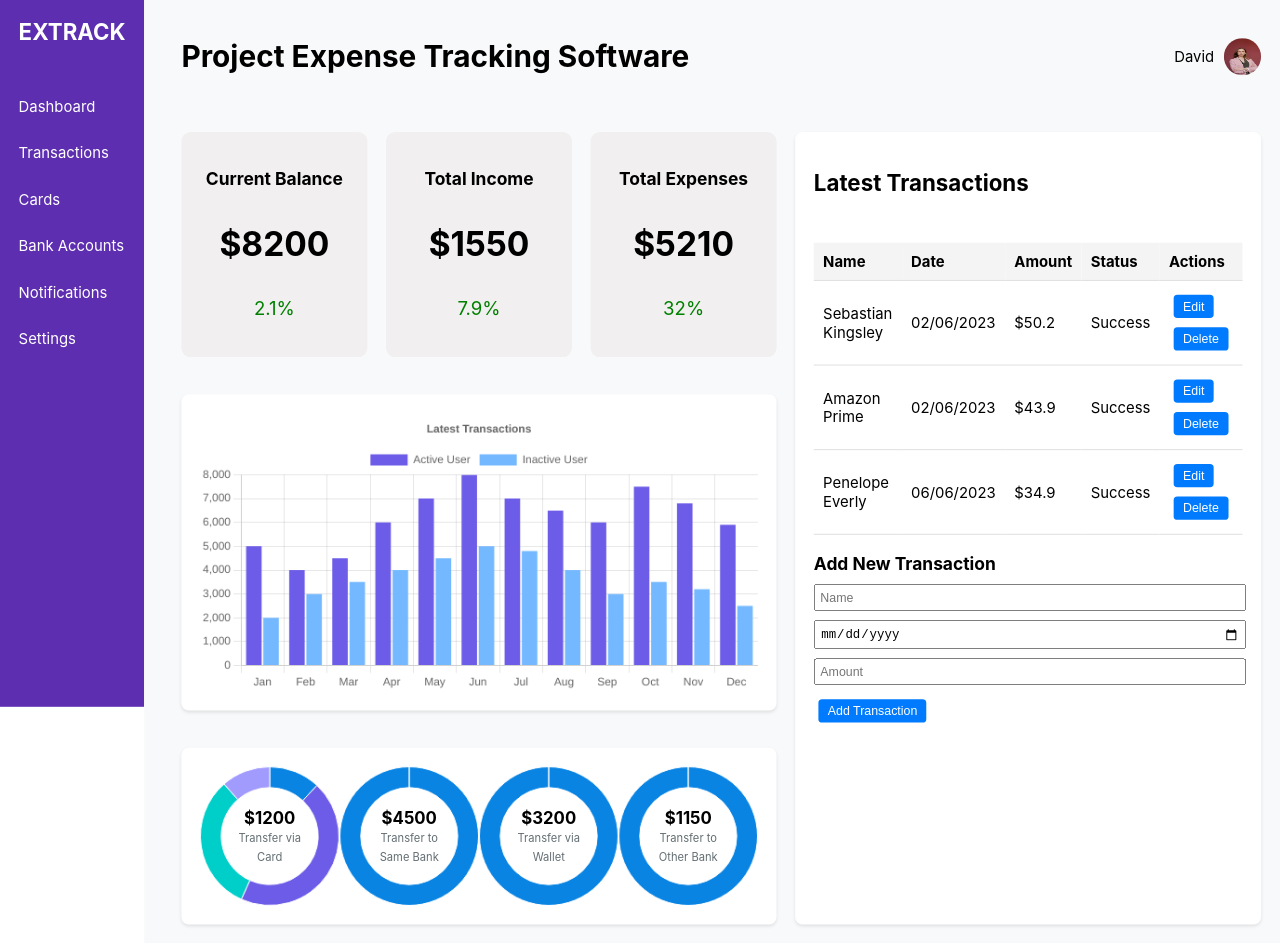
Repository: ChristhurasaRoshan/Expense-Tracker
Page: /login
These files come from the project's save history. The page is drawn as it stood at one moment and after the next save; the edit follows.
The browser window is 1280 px wide. The page is 1376 px wide, so the pictures cover 1376 px, including what lies to the right of the window. The pictures show the whole page, at 93% of full size.
The project was rebuilt for these pictures with package versions that can differ from the ones it lists, and the page was loaded fresh each time.

Above is the page before, as saved 2024-08-21 22:00:16.

After the next save:
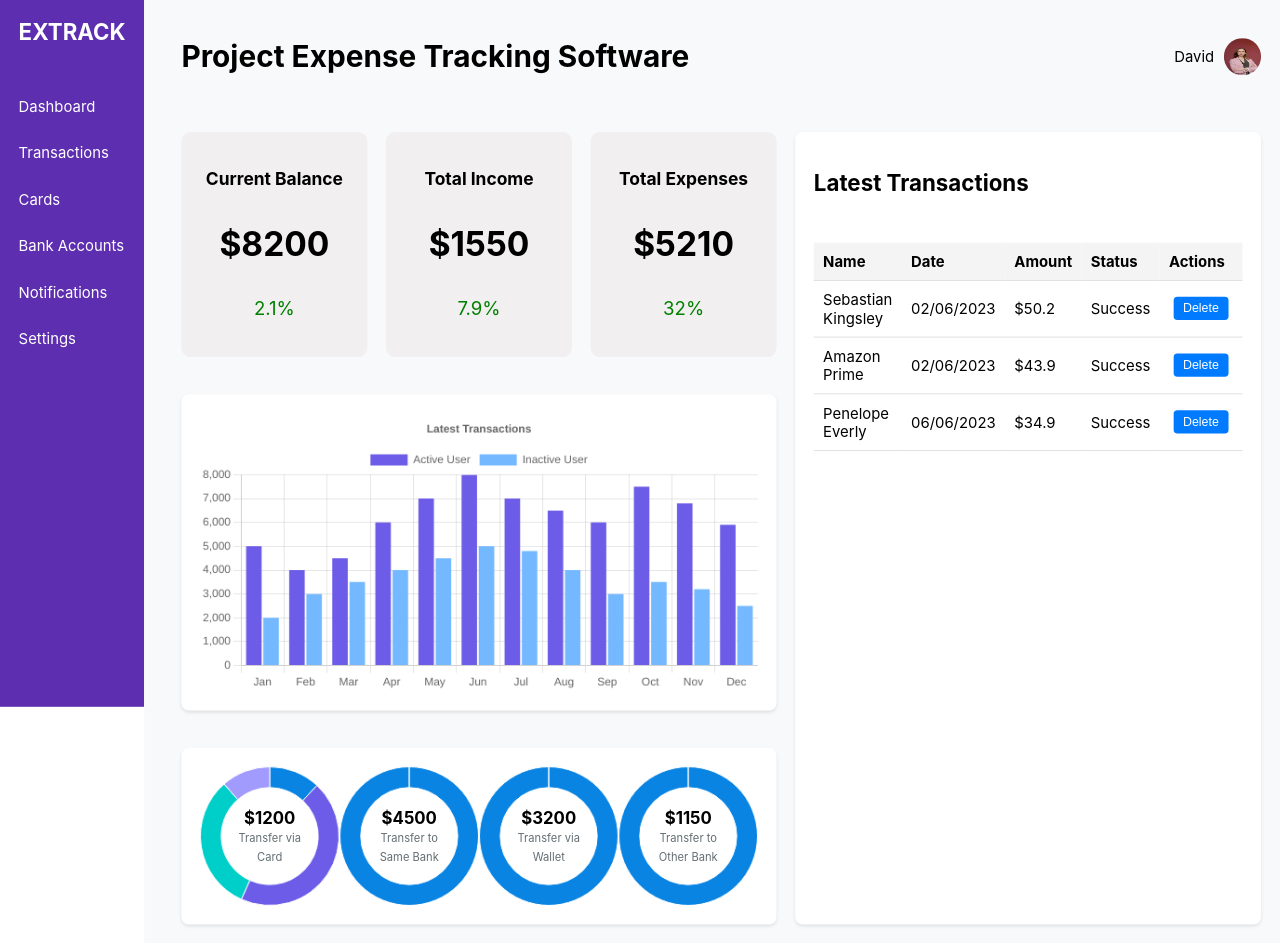
Saved 35 s later.
--- a/src/Components/TransactionList.jsx
+++ b/src/Components/TransactionList.jsx
@@ -1,31 +1,17 @@
-import React, { useState } from 'react';
-import { useSelector, useDispatch } from 'react-redux';
-import { addTransaction, deleteTransaction, updateTransaction } from '../slices/transactionSlice';
+import React from 'react';
+import { useDispatch, useSelector } from 'react-redux';
+import { deleteTransaction } from '../slices/transactionSlice';
 import '../Styles/TransactionList.css';
 
 const TransactionList = () => {
   const transactions = useSelector((state) => state.transactions);
   const dispatch = useDispatch();
 
-  const [newTransaction, setNewTransaction] = useState({ name: '', date: '', amount: '', status: 'Success' });
-  const [editTransaction, setEditTransaction] = useState(null);
-
-  const handleAddTransaction = () => {
-    if (newTransaction.name && newTransaction.date && newTransaction.amount) {
-      dispatch(addTransaction(newTransaction));
-      setNewTransaction({ name: '', date: '', amount: '', status: 'Success' });
+  const handleDelete = (id) => {
+    const confirmed = window.confirm("Are you sure you want to delete this transaction?");
+    if (confirmed) {
+      dispatch(deleteTransaction(id));
     }
-  };
-
-  const handleUpdateTransaction = (id) => {
-    if (editTransaction) {
-      dispatch(updateTransaction({ id, ...editTransaction }));
-      setEditTransaction(null);
-    }
-  };
-
-  const handleEditClick = (transaction) => {
-    setEditTransaction(transaction);
   };
 
   return (
@@ -37,81 +23,23 @@
             <th>Date</th>
             <th>Amount</th>
             <th>Status</th>
-            <th>Actions</th>
+            <th>Actions</th> {/* New column for actions */}
           </tr>
         </thead>
         <tbody>
           {transactions.map((transaction) => (
             <tr key={transaction.id}>
-              <td>
-                {editTransaction && editTransaction.id === transaction.id ? (
-                  <input
-                    type="text"
-                    value={editTransaction.name}
-                    onChange={(e) => setEditTransaction({ ...editTransaction, name: e.target.value })}
-                  />
-                ) : (
-                  transaction.name
-                )}
-              </td>
-              <td>
-                {editTransaction && editTransaction.id === transaction.id ? (
-                  <input
-                    type="date"
-                    value={editTransaction.date}
-                    onChange={(e) => setEditTransaction({ ...editTransaction, date: e.target.value })}
-                  />
-                ) : (
-                  transaction.date
-                )}
-              </td>
-              <td>
-                {editTransaction && editTransaction.id === transaction.id ? (
-                  <input
-                    type="text"
-                    value={editTransaction.amount}
-                    onChange={(e) => setEditTransaction({ ...editTransaction, amount: e.target.value })}
-                  />
-                ) : (
-                  transaction.amount
-                )}
-              </td>
+              <td>{transaction.name}</td>
+              <td>{transaction.date}</td>
+              <td>{transaction.amount}</td>
               <td>{transaction.status}</td>
               <td>
-                {editTransaction && editTransaction.id === transaction.id ? (
-                  <button onClick={() => handleUpdateTransaction(transaction.id)}>Save</button>
-                ) : (
-                  <button onClick={() => handleEditClick(transaction)}>Edit</button>
-                )}
-                <button onClick={() => dispatch(deleteTransaction(transaction.id))}>Delete</button>
+                <button onClick={() => handleDelete(transaction.id)}>Delete</button>
               </td>
             </tr>
           ))}
         </tbody>
       </table>
-
-      <div className="add-transaction">
-        <h3>Add New Transaction</h3>
-        <input
-          type="text"
-          placeholder="Name"
-          value={newTransaction.name}
-          onChange={(e) => setNewTransaction({ ...newTransaction, name: e.target.value })}
-        />
-        <input
-          type="date"
-          placeholder="Date"
-          value={newTransaction.date}
-          onChange={(e) => setNewTransaction({ ...newTransaction, date: e.target.value })}
-        />
-        <input
-          type="text"
-          placeholder="Amount"
-          value={newTransaction.amount}
-          onChange={(e) => setNewTransaction({ ...newTransaction, amount: e.target.value })}
-        />
-        <button onClick={handleAddTransaction}>Add Transaction</button>
-      </div>
     </div>
   );
 };

After the save that followed:
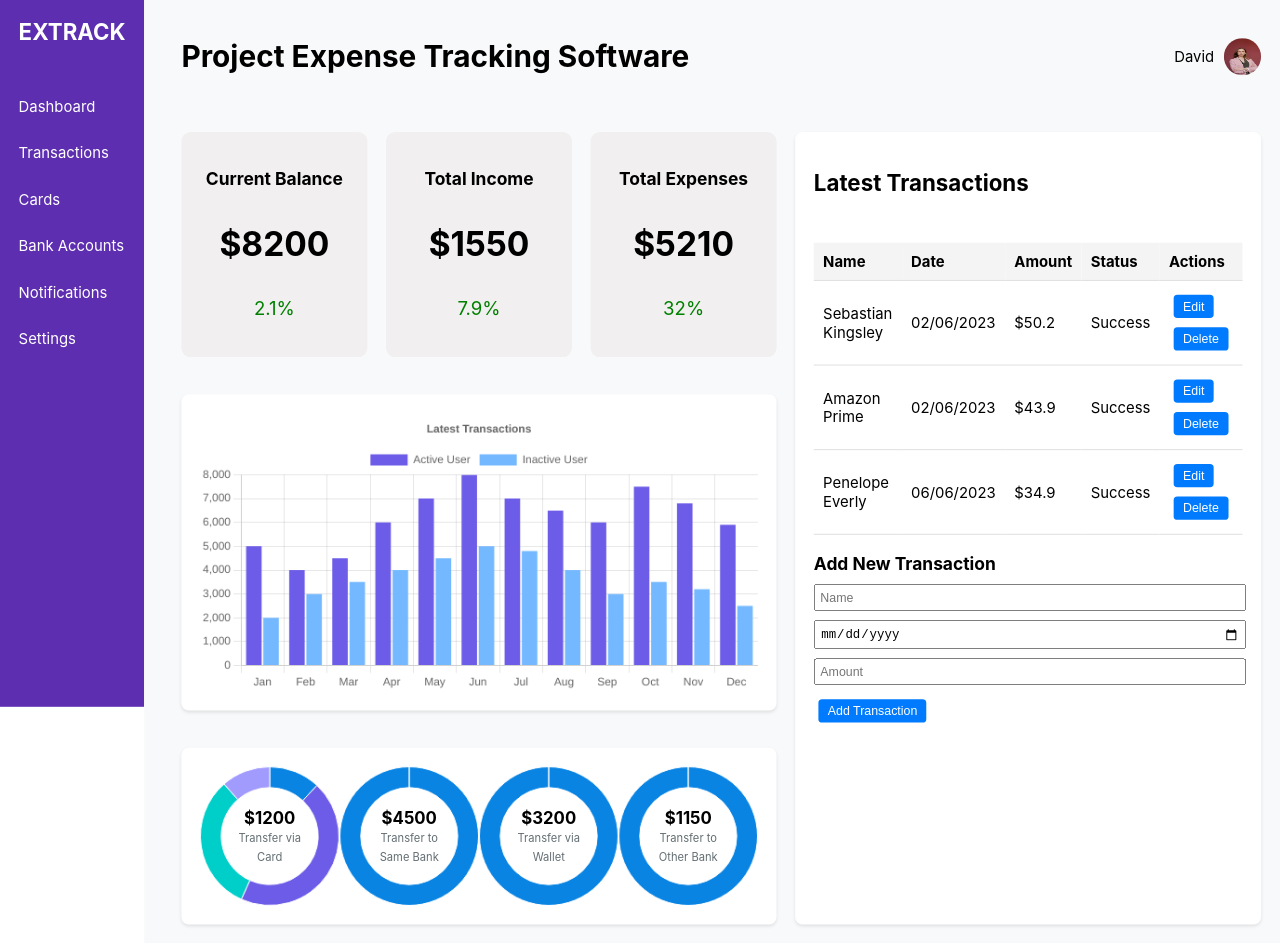
Saved 6 s later.
--- a/src/Components/TransactionList.jsx
+++ b/src/Components/TransactionList.jsx
@@ -1,17 +1,31 @@
-import React from 'react';
-import { useDispatch, useSelector } from 'react-redux';
-import { deleteTransaction } from '../slices/transactionSlice';
+import React, { useState } from 'react';
+import { useSelector, useDispatch } from 'react-redux';
+import { addTransaction, deleteTransaction, updateTransaction } from '../slices/transactionSlice';
 import '../Styles/TransactionList.css';
 
 const TransactionList = () => {
   const transactions = useSelector((state) => state.transactions);
   const dispatch = useDispatch();
 
-  const handleDelete = (id) => {
-    const confirmed = window.confirm("Are you sure you want to delete this transaction?");
-    if (confirmed) {
-      dispatch(deleteTransaction(id));
+  const [newTransaction, setNewTransaction] = useState({ name: '', date: '', amount: '', status: 'Success' });
+  const [editTransaction, setEditTransaction] = useState(null);
+
+  const handleAddTransaction = () => {
+    if (newTransaction.name && newTransaction.date && newTransaction.amount) {
+      dispatch(addTransaction(newTransaction));
+      setNewTransaction({ name: '', date: '', amount: '', status: 'Success' });
     }
+  };
+
+  const handleUpdateTransaction = (id) => {
+    if (editTransaction) {
+      dispatch(updateTransaction({ id, ...editTransaction }));
+      setEditTransaction(null);
+    }
+  };
+
+  const handleEditClick = (transaction) => {
+    setEditTransaction(transaction);
   };
 
   return (
@@ -23,23 +37,81 @@
             <th>Date</th>
             <th>Amount</th>
             <th>Status</th>
-            <th>Actions</th> {/* New column for actions */}
+            <th>Actions</th>
           </tr>
         </thead>
         <tbody>
           {transactions.map((transaction) => (
             <tr key={transaction.id}>
-              <td>{transaction.name}</td>
-              <td>{transaction.date}</td>
-              <td>{transaction.amount}</td>
+              <td>
+                {editTransaction && editTransaction.id === transaction.id ? (
+                  <input
+                    type="text"
+                    value={editTransaction.name}
+                    onChange={(e) => setEditTransaction({ ...editTransaction, name: e.target.value })}
+                  />
+                ) : (
+                  transaction.name
+                )}
+              </td>
+              <td>
+                {editTransaction && editTransaction.id === transaction.id ? (
+                  <input
+                    type="date"
+                    value={editTransaction.date}
+                    onChange={(e) => setEditTransaction({ ...editTransaction, date: e.target.value })}
+                  />
+                ) : (
+                  transaction.date
+                )}
+              </td>
+              <td>
+                {editTransaction && editTransaction.id === transaction.id ? (
+                  <input
+                    type="text"
+                    value={editTransaction.amount}
+                    onChange={(e) => setEditTransaction({ ...editTransaction, amount: e.target.value })}
+                  />
+                ) : (
+                  transaction.amount
+                )}
+              </td>
               <td>{transaction.status}</td>
               <td>
-                <button onClick={() => handleDelete(transaction.id)}>Delete</button>
+                {editTransaction && editTransaction.id === transaction.id ? (
+                  <button onClick={() => handleUpdateTransaction(transaction.id)}>Save</button>
+                ) : (
+                  <button onClick={() => handleEditClick(transaction)}>Edit</button>
+                )}
+                <button onClick={() => dispatch(deleteTransaction(transaction.id))}>Delete</button>
               </td>
             </tr>
           ))}
         </tbody>
       </table>
+
+      <div className="add-transaction">
+        <h3>Add New Transaction</h3>
+        <input
+          type="text"
+          placeholder="Name"
+          value={newTransaction.name}
+          onChange={(e) => setNewTransaction({ ...newTransaction, name: e.target.value })}
+        />
+        <input
+          type="date"
+          placeholder="Date"
+          value={newTransaction.date}
+          onChange={(e) => setNewTransaction({ ...newTransaction, date: e.target.value })}
+        />
+        <input
+          type="text"
+          placeholder="Amount"
+          value={newTransaction.amount}
+          onChange={(e) => setNewTransaction({ ...newTransaction, amount: e.target.value })}
+        />
+        <button onClick={handleAddTransaction}>Add Transaction</button>
+      </div>
     </div>
   );
 };
